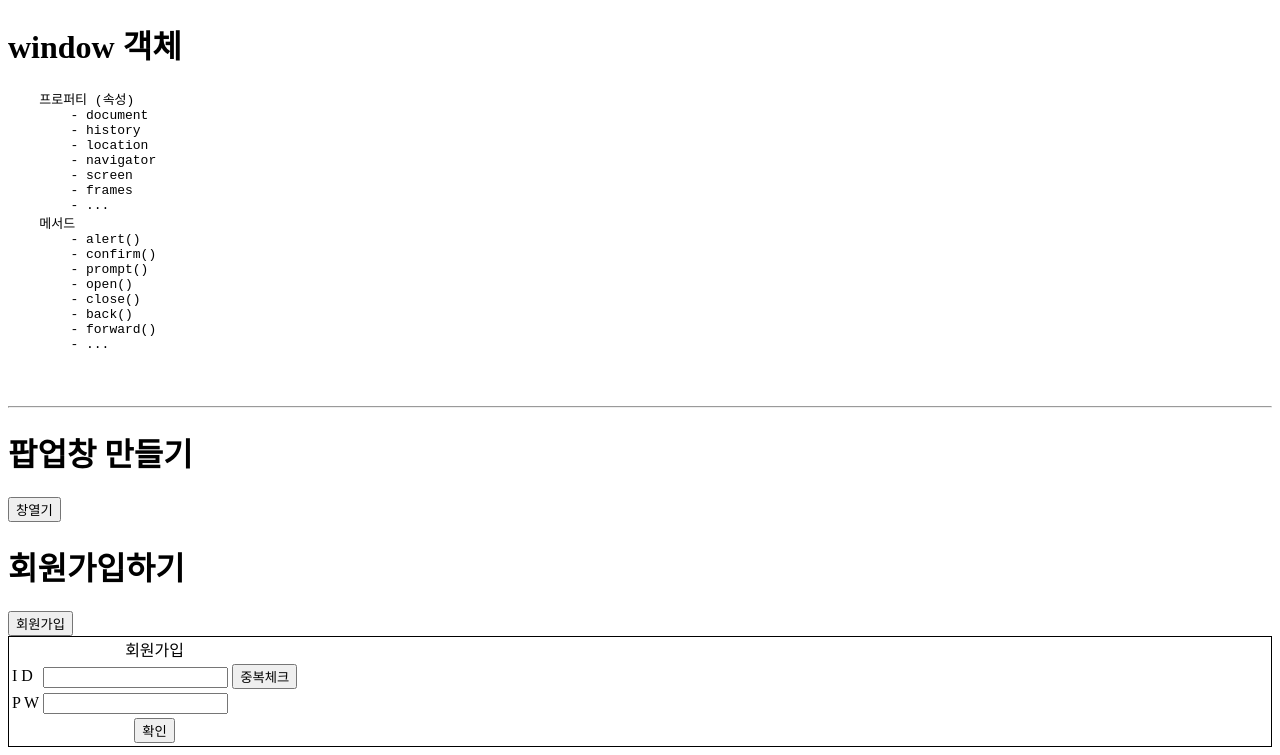
Repository: junewjdtn/TIL
Page: HTML+CSS/html_vscode_UI/4_JS_ec/JS/WebContent/js20_window01.html
An editor plug-in stored every save of this project. The page is shown before and after a run of saves, followed by the edit.
The browser window is 1280 px wide. The pictures show the whole page.

Above is the page before, as saved 2022-05-18 04:14:30.

After the next 2 saves:
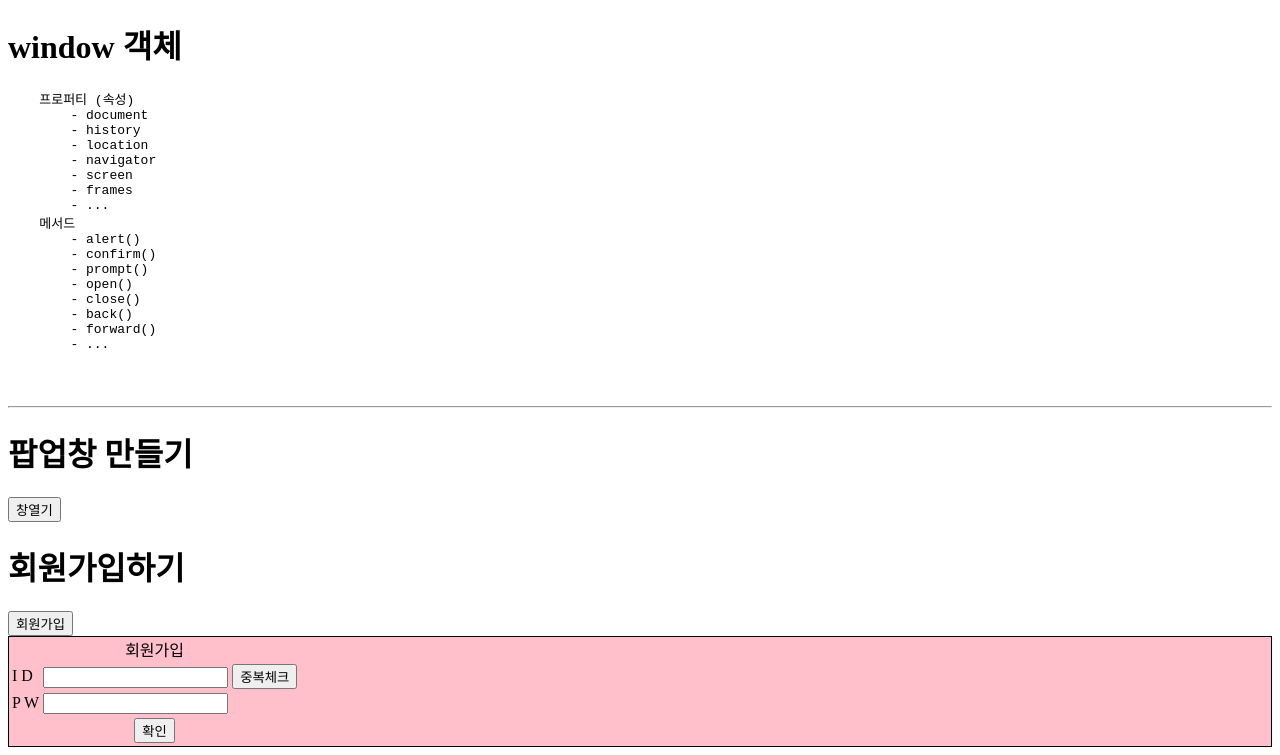
The 2 saves are shown as one change because they came seconds apart.
The last was saved 20 s later.
--- a/HTML+CSS/html_vscode_UI/4_JS_ec/JS/WebContent/js20_window01.html
+++ b/HTML+CSS/html_vscode_UI/4_JS_ec/JS/WebContent/js20_window01.html
@@ -8,6 +8,7 @@
     <style>
     	#regist{
     		border: 1px solid black;
+    		background: pink;
     	}
     </style>
     <script>
